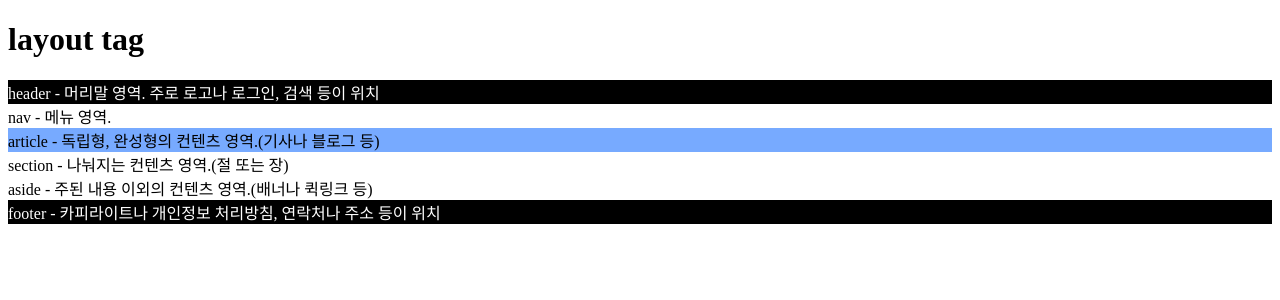
Repository: Git-Seokcoding/WEB
Page: CSS3/src/main/webapp/layout.html
An editor plug-in stored every save of this project. The page is shown before and after the next save, followed by the edit.
The browser window is 1280 px wide. The pictures show the whole page.

Above is the page before, as saved 2023-10-12 07:13:52.

After the next save:
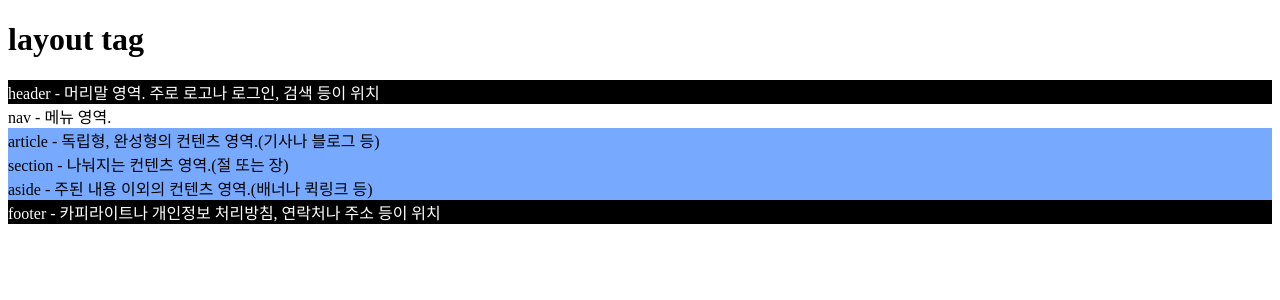
Saved 12 s later.
--- a/CSS3/src/main/webapp/layout.html
+++ b/CSS3/src/main/webapp/layout.html
@@ -15,10 +15,10 @@
 	<article style="background-color: #7af;">
 	article - 독립형, 완성형의 컨텐츠 영역.(기사나 블로그 등)
 	</article>
-	<section>
+	<section style="background-color: #7af;">
 	section - 나눠지는 컨텐츠 영역.(절 또는 장)
 	</section>
-	<aside>
+	<aside style="background-color: #7af;">
 	aside - 주된 내용 이외의 컨텐츠 영역.(배너나 퀵링크 등)
 	</aside>
 	<footer style="background-color: #000;color: #fff; heigh:150px;">
